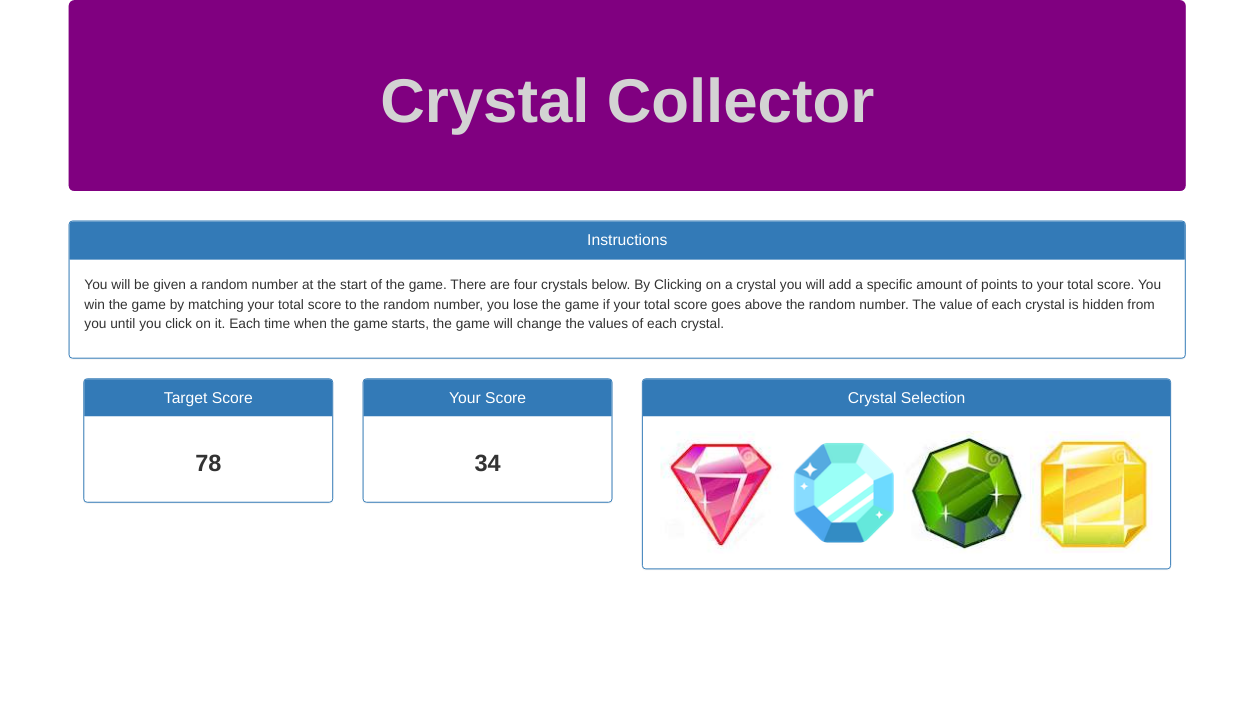
Repository: mikecherry1/week-4-game
Page: index.html
The author's editor kept a copy of each file at every save. The page is drawn from the files as they stood at one save, then again after the next save.
The browser window is 1280 px wide. The pictures show the whole page, at 98% of full size.

Above is the page before, as saved 2017-11-19 18:54:28.

After the next save:
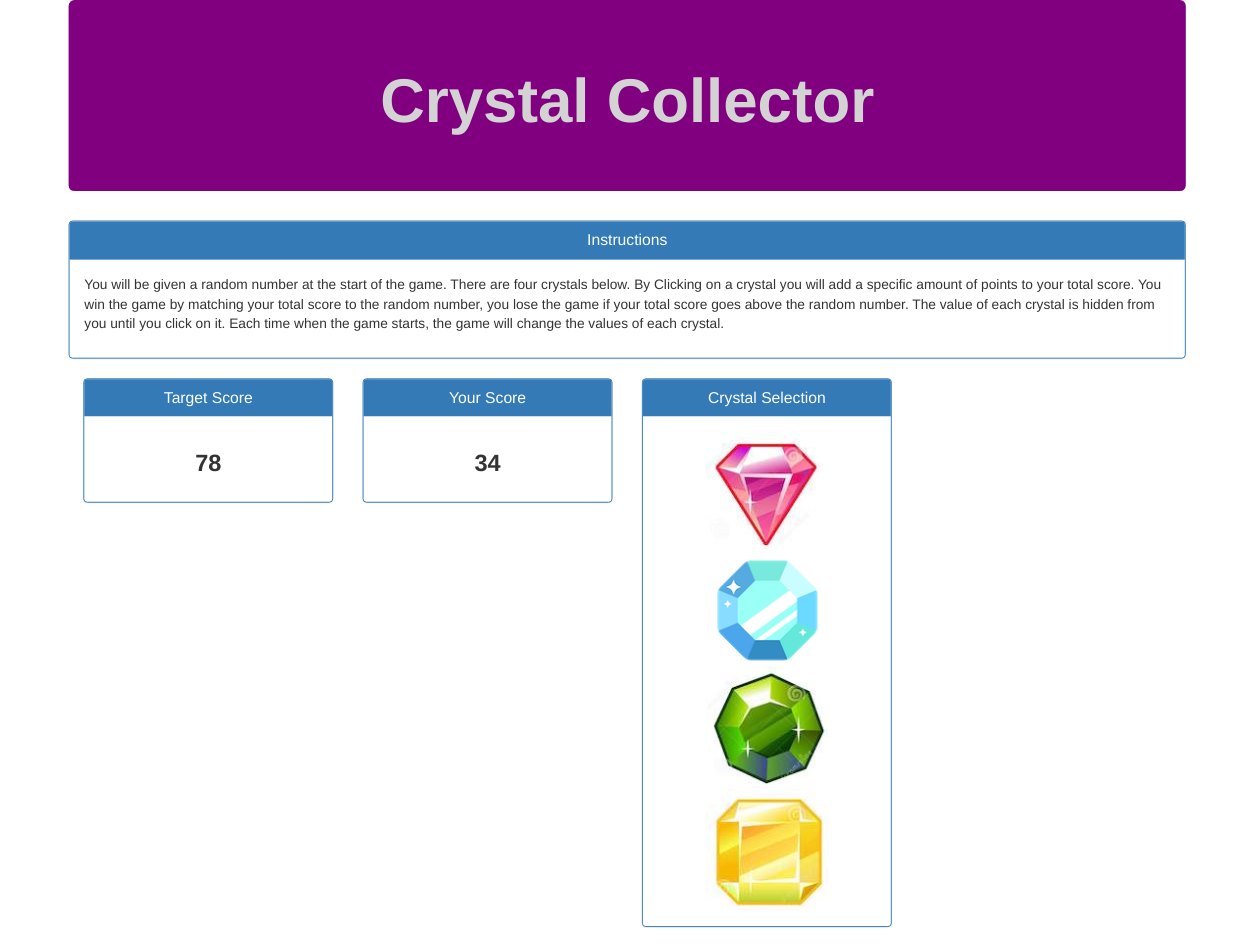
Saved 24 s later.
--- a/index.html
+++ b/index.html
@@ -60,7 +60,7 @@
             </div>
         </div>
 
-        <div class="col-lg-6">
+        <div class="col-lg-3">
             <div class="panel panel-primary">
                 <div class="panel-heading">
                     <h3 class="panel-title text-center">Crystal Selection</h3>

After the save that followed:
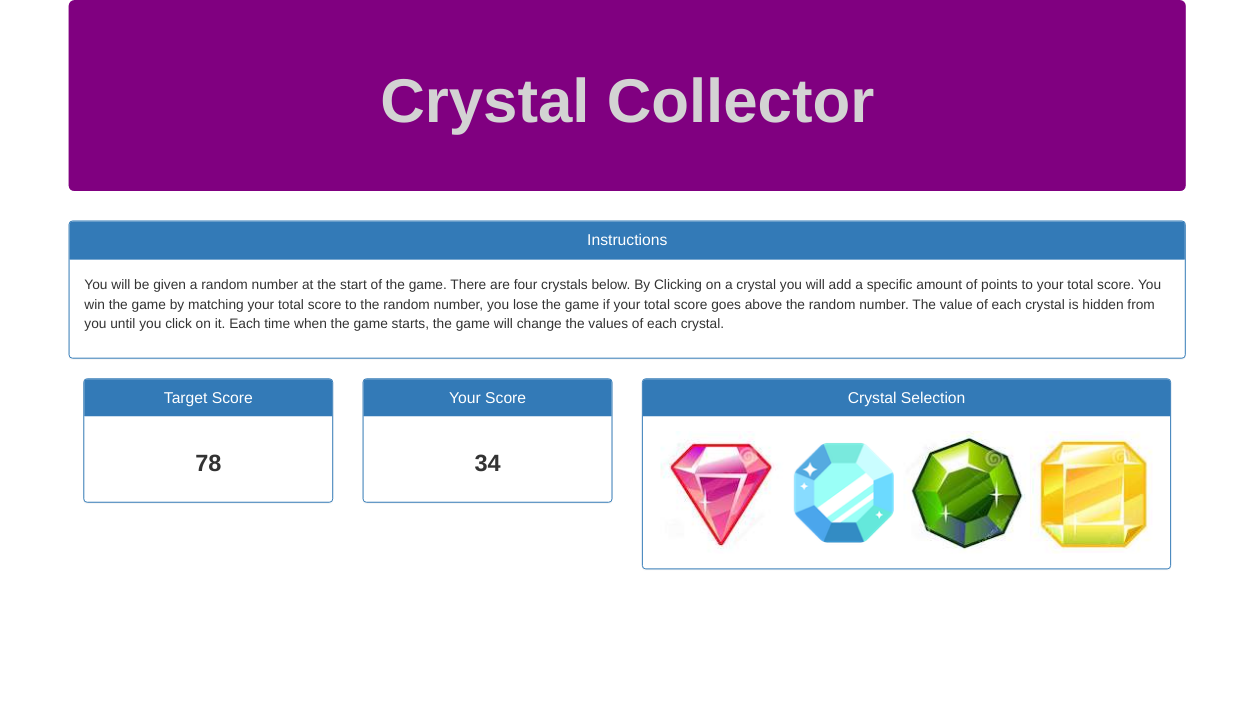
Saved 5 s later.
--- a/index.html
+++ b/index.html
@@ -60,7 +60,7 @@
             </div>
         </div>
 
-        <div class="col-lg-3">
+        <div class="col-lg-6">
             <div class="panel panel-primary">
                 <div class="panel-heading">
                     <h3 class="panel-title text-center">Crystal Selection</h3>
